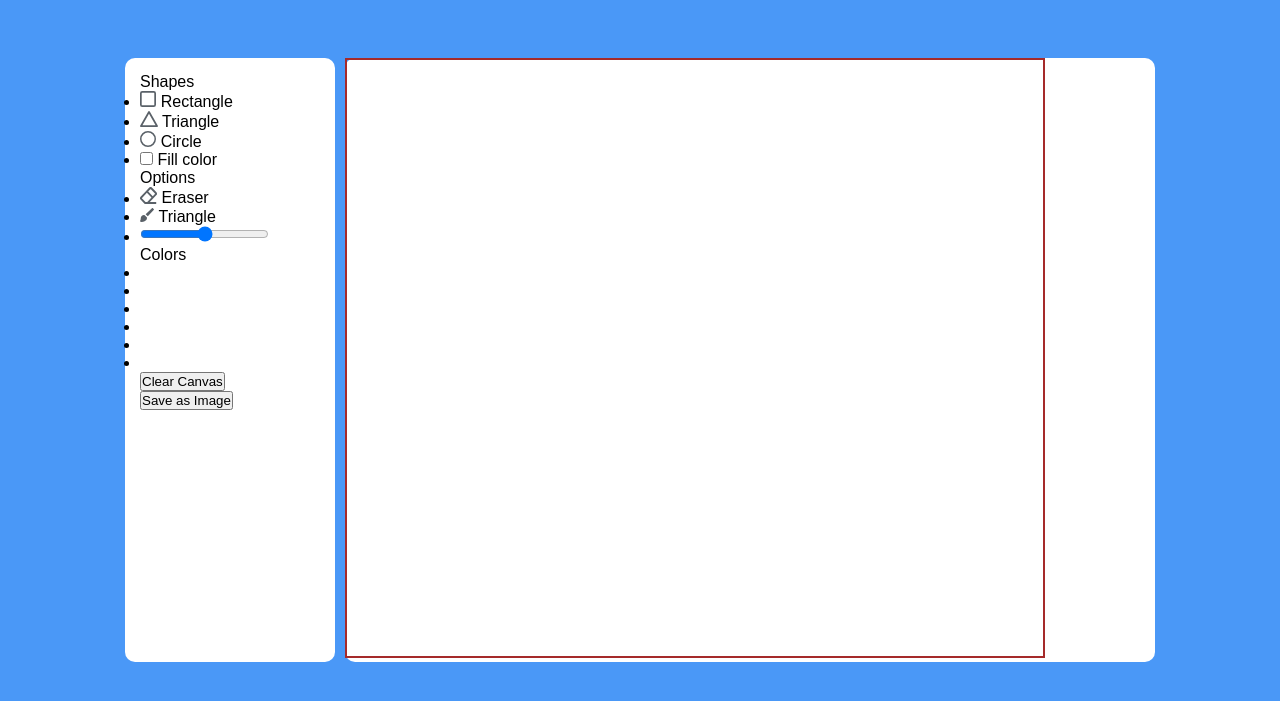
Repository: mdsajib50/Drawing-app
Page: index.html
An editor plug-in stored every save of this project. The page is shown before and after a run of saves, followed by the edit.
The browser window is 1280 px wide. The pictures show the whole page.

Above is the page before, as saved 2025-02-17 21:44:14.

### index.html
<!DOCTYPE html>
<html lang="en">
<head>
    <meta charset="UTF-8">
    <meta name="viewport" content="width=device-width, initial-scale=1.0">
    <link rel="stylesheet" href="style.css">
    <title>Drawing App</title>
</head>
<body>
    <div class="container">
        <section class="tools">
            <aside>
                <div class="row">
                    <label for="" class="title">Shapes</label>
                   <ul class="options">
                    <li class="option">
                        <img src="icons/icons/rectangle.svg" alt="">
                        <span>Rectangle</span>
                    </li>
                    <li class="option">
                        <img src="icons/icons/triangle.svg" alt="">
                        <span>Triangle</span>
                    </li>
                    <li class="option">
                        <img src="icons/icons/circle.svg" alt="">
                        <span>Circle</span>
                    </li>
                    <li class="option">
                        <input type="checkbox" name="" id="">
                        <label for="">Fill color</label>
                    </li>
                   </ul>
                </div>
                <div class="row">
                    <label for="" class="title">Options</label>
                   <ul class="options">
                    <li class="option">
                        <img src="icons/icons/eraser.svg" alt="">
                        <span>Eraser</span>
                    </li>
                    <li class="option">
                        <img src="icons/icons/brush.svg" alt="">
                        <span>Triangle</span>
                    </li>
                    <li class="option">
                        <input type="range" name="" id="size-slider">
                    </li>
                   </ul>
                </div>
                <div class="row">
                    <label for="" class="title">Colors</label>
                   <ul class="colors">
                    <li class="option"></li>
                    <li class="option"></li>
                    <li class="option"></li>
                    <li class="option"></li>
                    <li class="option"></li>
                    <li class="option"></li>
                   </ul>
                </div>
                <div class="row">
                   <button class="clear-canvas" type="button">Clear Canvas</button>
                   <button class="save-image" type="button">Save as Image</button>
                </div>
            </aside>
        </section>
        <section class="drawing-board">
            <div>
                <canvas id="myCanvas"></canvas>
            </div>
        </section>
    </div>
    <script src="script.js"></script>
</body>
</html>

### style.css
*{
    margin: 0;
    padding: 0;
    box-sizing: border-box;
    font-family: 'Poppins', sans-serif;
}

body{
    display: flex;
    justify-content: center;
    align-items: center;
    min-height: 100vh;
    background-color: #4A98F7;
}
.container{
    display: flex;
    width: 100%;
    max-width: 1050px;
    gap: 10px;
    padding: 10px;
}

section{
    background-color: #fff;
    border-radius: 10px;
}

.tools{
    width: 210px;
    padding: 15px ;
}

.drawing-board{
    flex: 1;
}
canvas{
    width: 700px;
    height: 600px;
    border: 2px solid brown;
}

### script.js
const drawing = document.getElementById('myCanvas');

After the next 2 saves:
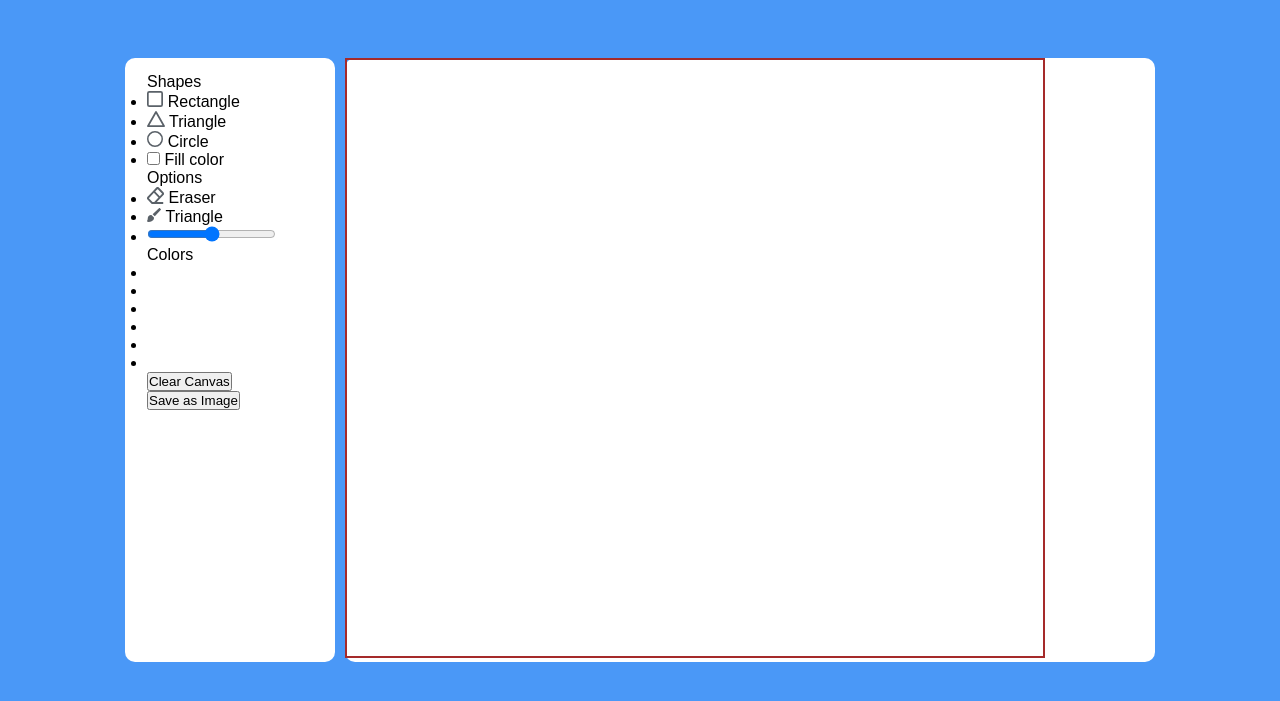
The 2 saves are shown as one change because they came seconds apart.
The last was saved 5 s later.
--- a/style.css
+++ b/style.css
@@ -27,7 +27,7 @@ section{
 
 .tools{
     width: 210px;
-    padding: 15px ;
+    padding: 15px 22px 0;
 }
 
 .drawing-board{
